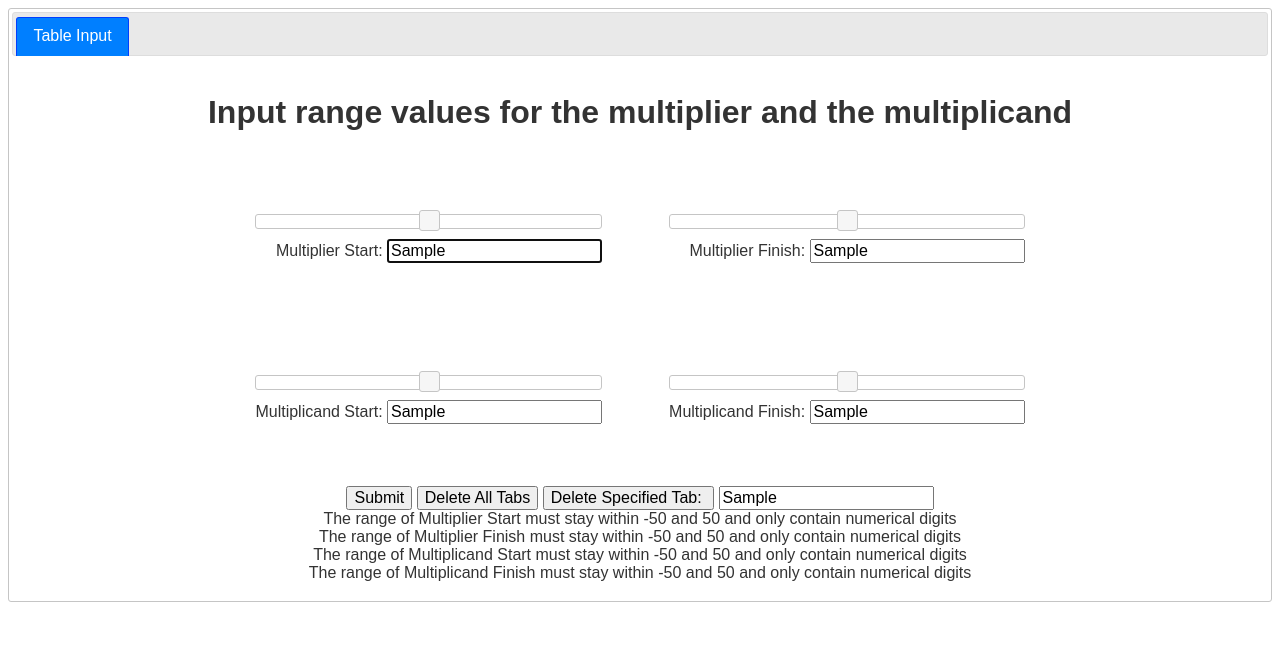
Repository: khrasna/HW4Part2
Page: index.html
The author's editor kept a copy of each file at every save. The page is drawn from the files as they stood at one save, then again after the next save.
The browser window is 1280 px wide. The pictures show the whole page.
Empty fields were first filled with sample values (such as "Sample", 5 or name@example.com).
After loading, the first visible `#FormInput > input` was clicked once.
Some web libraries are served in a nearby version.

Above is the page before, as saved 2021-11-19 18:35:15.

After the next save:
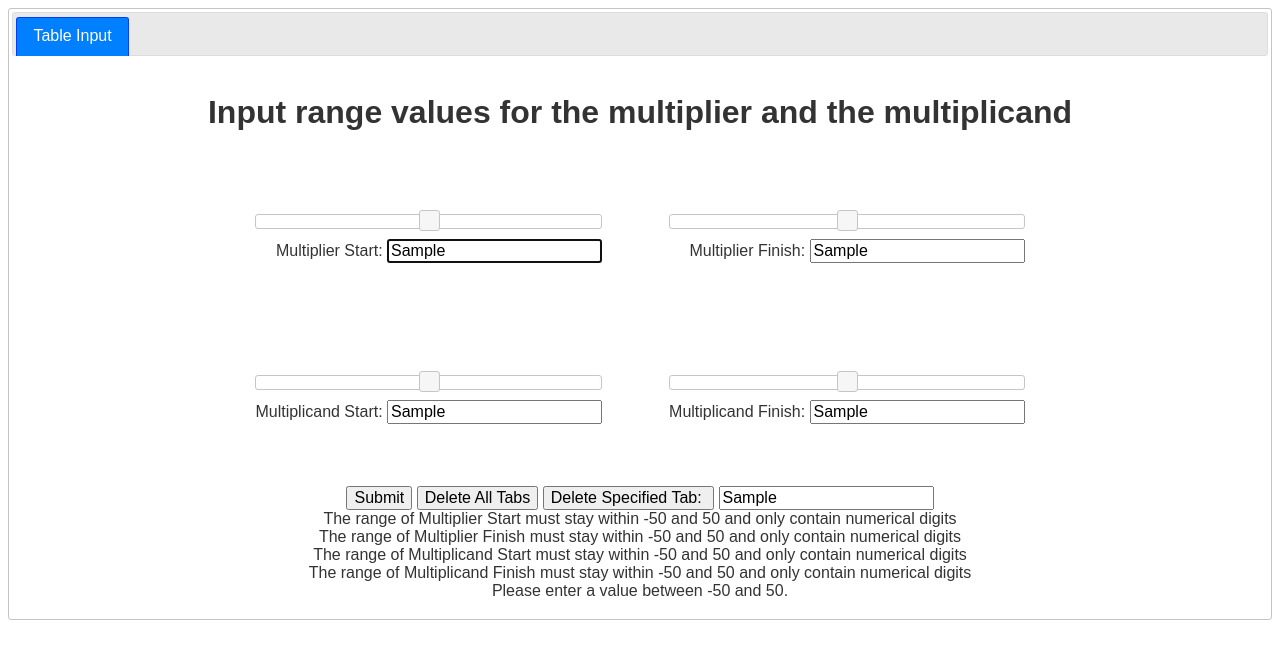
Saved 56 min 23 s later.
--- a/formvalidate.js
+++ b/formvalidate.js
@@ -84,6 +84,10 @@ $(function () {
                 MultiplicandFinish: {
                     range: [-50, 50],
                     required: true
+                },
+
+                clearinput: {
+                    range: [-50, 50]
                 }
             },
 
